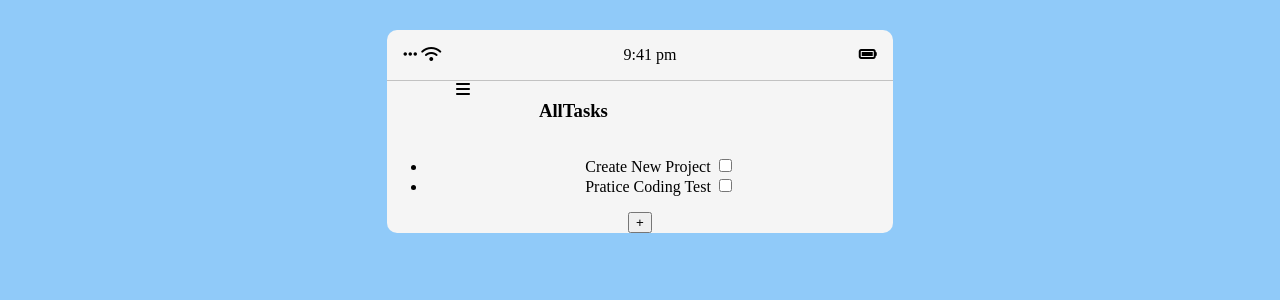
Repository: EEOOOO/javascript-projects
Page: todoListApp/index.html
An editor plug-in stored every save of this project. The page is shown before and after a run of saves, followed by the edit.
The browser window is 1280 px wide. The pictures show the whole page.
Some web libraries are served in a nearby version.

Above is the page before, as saved 2022-07-29 15:55:42.

### todoListApp/index.html
<!DOCTYPE html>
<html lang="en">
<head>
    <meta charset="UTF-8">
    <meta http-equiv="X-UA-Compatible" content="IE=edge">
    <meta name="viewport" content="width=device-width, initial-scale=1.0">
    <script defer src="https://kit.fontawesome.com/7419342558.js" crossorigin="anonymous"></script>
    <script defer src="todoList.js"></script>
    <link rel="stylesheet" href="style.css">
    <title>ToDoList</title>
</head>
<body>
    <section class="container">
        <section class="defaultIcons">
            <div class="left">
                <i class="fas fa-ellipsis"></i>
                <i class="fas fa-wifi"></i>
            </div>
            <span class="time">9:41 pm</span>
            <div class="right">
                <span class="batterySpan"></span>
                <i class="fas fa-battery-full"></i>
            </div>
        </section>
        <nav class="navbar">
            <i class="fas fa-bars"></i>
            <h1 class="title">AllTasks</h1>
        </nav>
        <section class="taskList">
            <ul class="tasks">
                <li class="task">
                    <span class="taskContent">Create New Project</span>
                    <input type="checkbox" class="taskChecker">
                </li>
                <li class="task">
                    <span class="taskContent">Pratice Coding Test</span>
                    <input type="checkbox" class="taskChecker">
                </li>
            </ul>
            <button class="addButton">+</button>
        </section>
    </section>
</body>
</html>

### todoListApp/style.css
:root {
  --color-blue: #90caf9;
  --color-white: #f5f5f5;
  --color-lightgray: #c2c2c2;
}
body {
  background-color: var(--color-blue);

  text-align: center;
}
.container {
  background-color: var(--color-white);
  margin: 30px auto;
  width: 40%;
  border-radius: 10px;
}
.defaultIcons {
  display: flex;
  justify-content: space-between;
  border-bottom: 1px solid var(--color-lightgray);
  padding: 1rem;
}
.navbar {
  display: flex;
  flex: 30%;
}
.navbar i {
  width: 30%;
}

Loaded but not shown: todoListApp/todoList.js (no stored copy; drawn as an empty file)

After the next 2 saves:
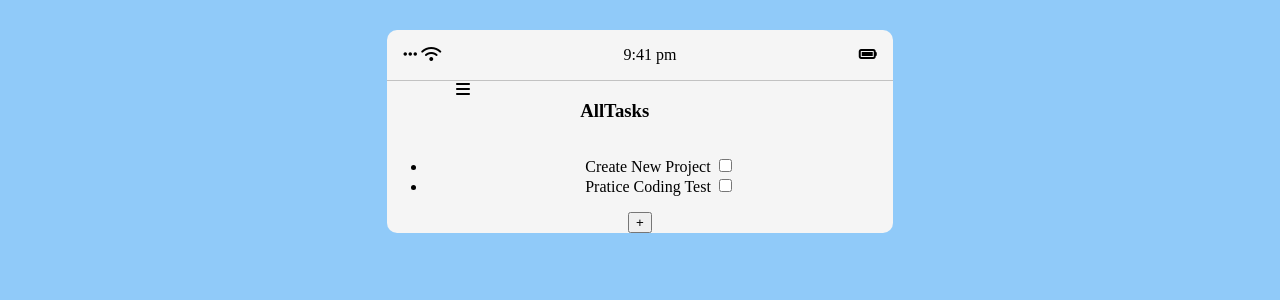
The 2 saves are shown as one change because they came seconds apart.
The last was saved 14 s later.
--- a/todoListApp/style.css
+++ b/todoListApp/style.css
@@ -22,8 +22,10 @@ body {
 }
 .navbar {
   display: flex;
-  flex: 30%;
 }
 .navbar i {
   width: 30%;
 }
+.navbar .title {
+  width: 30%;
+}
